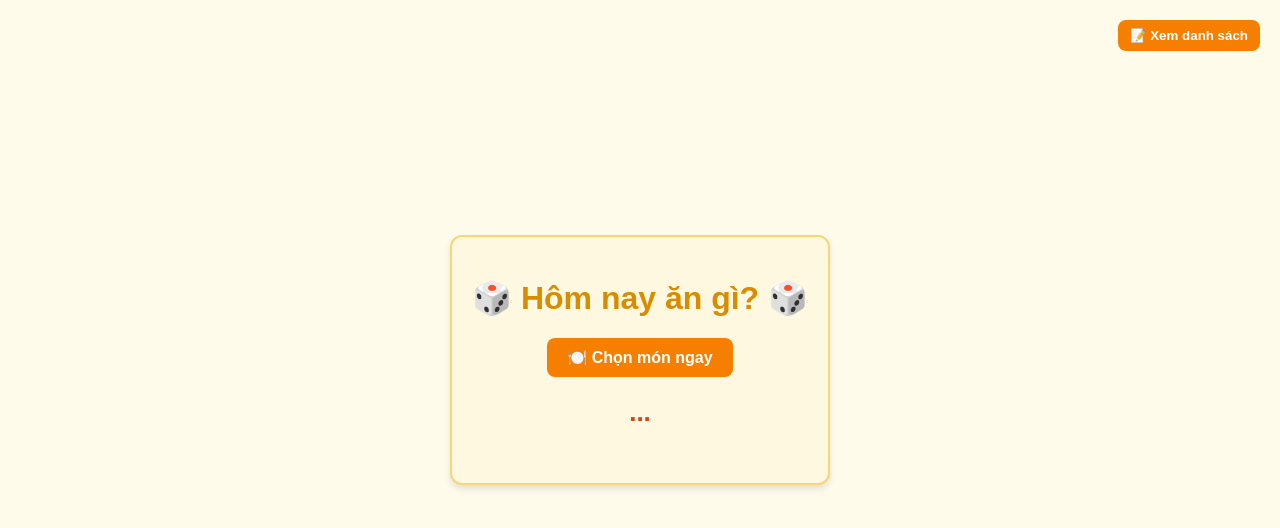
Repository: NT912/What-s-food-today-
Page: index.html
These files come from the project's save history. The page is drawn as it stood at one moment and after the next save; the edit follows.
The browser window is 1280 px wide. The pictures show the whole page.

Above is the page before, as saved 2024-12-17 21:08:08.

### index.html
<!DOCTYPE html>
<html lang="vi">

<head>
  <meta charset="UTF-8">
  <meta name="viewport" content="width=device-width, initial-scale=1.0">
  <title>Random Món Ăn</title>
  <link rel="stylesheet" href="style.css">
</head>

<body>
  <!-- Phần random món ăn -->
  <div class="container">
    <h1>🎲 Hôm nay ăn gì? 🎲</h1>
    <button id="randomBtn" onclick="startRandom()">🍽️ Chọn món ngay</button>
    <p id="randomFood">...</p>
  </div>

  <!-- Nút mở popup danh sách -->
  <button class="edit-btn" onclick="openPopup()">📝 Xem danh sách</button>

  <!-- Popup chỉnh sửa danh sách -->
  <div id="popup" class="popup">
    <div class="popup-content">
      <span class="close-btn" onclick="closePopup()">❌</span>
      <h2>📋 Danh sách món ăn</h2>
      <ul id="foodList"></ul>
      <div class="controls">
        <input type="text" id="foodInput" placeholder="Tên món ăn...">
        <input type="text" id="addressInput" placeholder="Địa chỉ (tùy chọn)...">
        <button onclick="addFood()">➕ Thêm</button>
      </div>
    </div>
  </div>

  <!-- Popup kết quả chúc mừng -->
  <div id="resultPopup" class="popup">
    <div class="result-content" id="resultPopupContent"></div>
  </div>

  <script src="script.js"></script>
</body>

</html>

### style.css
/* General Styles */
body {
  font-family: "Arial", sans-serif;
  margin: 0;
  background-color: #fffbea; /* Nền vàng nhẹ */
  color: #333;
  display: flex;
  justify-content: center;
  align-items: center;
  height: 100vh;
  overflow: hidden;
}

h1 {
  color: #d88c00; /* Cam vàng đậm */
}

.container {
  text-align: center;
  background: #fff8e1; /* Vàng nhạt */
  border: 2px solid #f5d77a;
  padding: 20px;
  border-radius: 12px;
  box-shadow: 0 4px 6px rgba(0, 0, 0, 0.1);
}

#randomBtn {
  background: #f77f00; /* Cam đậm */
  color: #fff;
  border: none;
  padding: 10px 20px;
  font-size: 16px;
  font-weight: bold;
  border-radius: 8px;
  cursor: pointer;
  transition: transform 0.2s, background 0.3s;
}

#randomBtn:hover {
  transform: scale(1.1);
  background: #e76f00;
}

#randomFood {
  margin-top: 20px;
  font-size: 26px;
  color: #d84315; /* Cam đậm */
  font-weight: bold;
  height: 40px;
}

/* Edit Button */
.edit-btn {
  position: absolute;
  top: 20px;
  right: 20px;
  background: #f77f00;
  color: white;
  padding: 8px 12px;
  border: none;
  border-radius: 8px;
  cursor: pointer;
  font-weight: bold;
}

.edit-btn:hover {
  background: #e76f00;
}

/* Popup chung */
.popup {
  display: none;
  position: fixed;
  top: 0;
  left: 0;
  width: 100%;
  height: 100%;
  background-color: rgba(0, 0, 0, 0.5);
  justify-content: center;
  align-items: center;
  z-index: 1000;
}

.popup-content {
  background: #fff8e1;
  padding: 30px;
  border-radius: 12px;
  text-align: center;
  width: 400px;
}

li {
  background: #fff5cc;
  margin: 5px 0;
  padding: 8px 12px;
  display: flex;
  justify-content: space-between;
  border-radius: 8px;
  border: 1px solid #f5d77a;
}

li div {
  text-align: left;
}

li strong {
  font-size: 16px;
  color: #d84315;
}

li small {
  font-size: 12px;
  color: #666;
}

### script.js
let foodList = [
  "Mì quảng tôm thịt",
  "Bánh cuốn",
  "Bún nước KonTum",
  "Cút lộn xào me",
  "Ốc đinh",
  "Mì cay",
  "Bún bò",
  "Chè",
  "Bánh mì chảo",
  "Mì trộn",
  "Xôi",
  "Mì quảng ếch",
  "Bún ram chay",
  "Bún thịt nướng",
  "Cá viên chiên mắm",
  "Cơm gà chiên mắm",
  "Bún chả",
  "Bún đậu mắm tôm",
  "Bún riêu",
  "Bánh mì ổ",
  "Cơm chiên",
  "Miến trộn",
  "Phở",
  "Bánh tráng kẹp",
  "Bánh canh",
  "Bún cá chấm",
  "Bánh đúc nóng",
  "Phở khô gia lai",
  "Bánh tráng kẹp",
  "Nem chua rán",
  "Ram cuốn cải",
  "Bánh bèo",
  "Bánh lọc",
  "Bánh căn",
  "Kem bơ",
];

function startRandom() {
  const result = document.getElementById("randomFood");
  let index = 0;

  // Thêm hiệu ứng nhấp nháy trong 2 giây
  const interval = setInterval(() => {
    index = Math.floor(Math.random() * foodList.length);
    result.textContent = foodList[index];
    result.style.color = getRandomColor();
  }, 100);

  // Kết thúc hiệu ứng và hiển thị kết quả
  setTimeout(() => {
    clearInterval(interval);
    result.textContent = `🍽️ ${foodList[index]}!`;
    result.style.color = "#d84315"; // Màu cam đậm

    // Hiển thị popup chúc mừng
    showResultPopup(foodList[index]);
  }, 2000);
}

function showResultPopup(food) {
  const popup = document.getElementById("resultPopup");
  const popupContent = document.getElementById("resultPopupContent");

  popupContent.innerHTML = `
        🎉 Chúc mừng! Món ăn hôm nay là: <br>
        <strong>${food}</strong> 🎉
    `;

  popup.style.display = "flex";

  // Đóng popup khi click ra ngoài vùng popup
  window.onclick = function (event) {
    if (event.target === popup) {
      closeResultPopup();
    }
  };
}

function closeResultPopup() {
  document.getElementById("resultPopup").style.display = "none";
  window.onclick = null; // Xóa sự kiện click
}

function getRandomColor() {
  const colors = [
    "#f77f00",
    "#f9844a",
    "#ffcd56",
    "#ffafcc",
    "#bde0fe",
    "#ffc8dd",
  ];
  return colors[Math.floor(Math.random() * colors.length)];
}

function renderList() {
  const list = document.getElementById("foodList");
  list.innerHTML = "";
  foodList.forEach((food, index) => {
    list.innerHTML += `
            <li>
                ${food}
                <button onclick="deleteFood(${index})">❌</button>
            </li>
        `;
  });
}

function addFood() {
  const input = document.getElementById("foodInput");
  const newFood = input.value.trim();
  if (newFood) {
    foodList.push(newFood);
    input.value = "";
    renderList();
  }
}

function deleteFood(index) {
  foodList.splice(index, 1);
  renderList();
}

function openPopup() {
  const popup = document.getElementById("popup");
  popup.style.display = "flex";

  // Đóng popup khi click ra ngoài vùng nội dung
  window.onclick = function (event) {
    if (event.target === popup) {
      closePopup();
    }
  };
}

function closePopup() {
  document.getElementById("popup").style.display = "none";
  window.onclick = null; // Xóa sự kiện click ra ngoài
}

window.onload = () => {
  renderList();
};

After the next save:
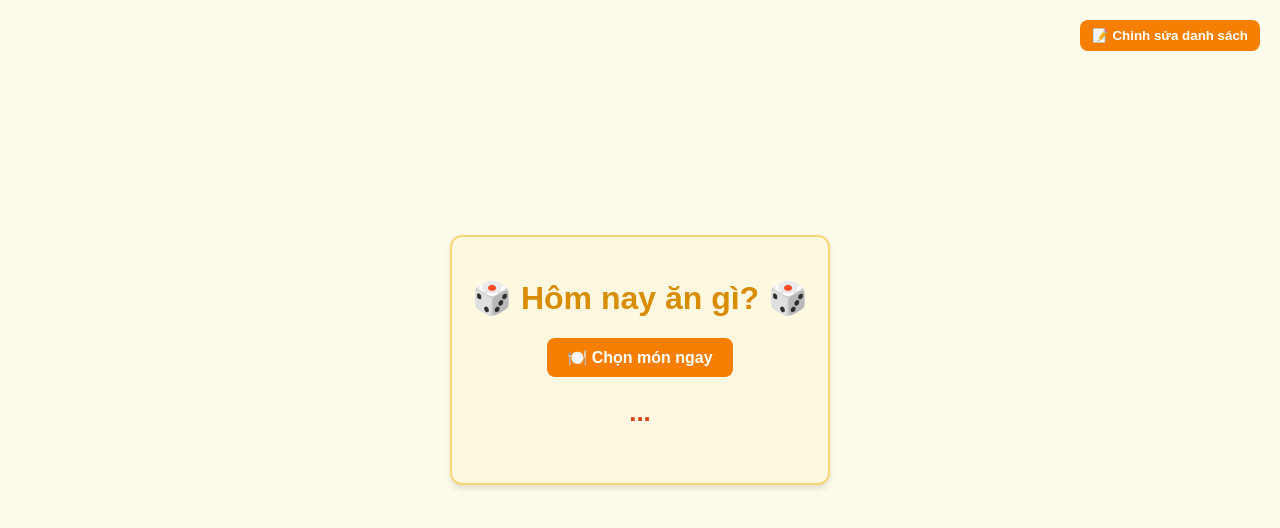
Saved 5 s later.
--- a/index.html
+++ b/index.html
@@ -9,15 +9,15 @@
 </head>
 
 <body>
-  <!-- Phần random món ăn -->
+  <!-- Random Section -->
   <div class="container">
     <h1>🎲 Hôm nay ăn gì? 🎲</h1>
     <button id="randomBtn" onclick="startRandom()">🍽️ Chọn món ngay</button>
     <p id="randomFood">...</p>
   </div>
 
-  <!-- Nút mở popup danh sách -->
-  <button class="edit-btn" onclick="openPopup()">📝 Xem danh sách</button>
+  <!-- Edit Button -->
+  <button class="edit-btn" onclick="openPopup()">📝 Chỉnh sửa danh sách</button>
 
   <!-- Popup chỉnh sửa danh sách -->
   <div id="popup" class="popup">
@@ -33,7 +33,7 @@
     </div>
   </div>
 
-  <!-- Popup kết quả chúc mừng -->
+  <!-- Popup kết quả -->
   <div id="resultPopup" class="popup">
     <div class="result-content" id="resultPopupContent"></div>
   </div>
